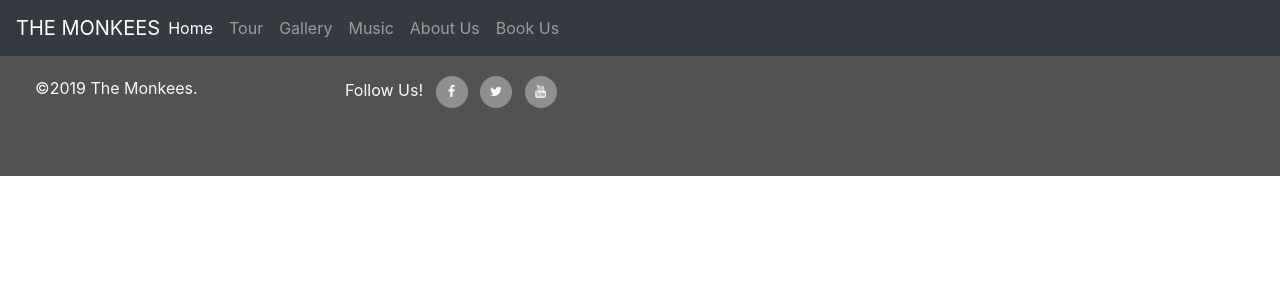
Repository: ClaraBausson/milestone_project_1
Page: index.html
The author's editor kept a record of every edit. The page is drawn from the files as they stood at one moment, then again after the next edit.
The browser window is 1280 px wide. The pictures show the whole page.
Some web libraries are served in a nearby version.

Above is the page before.

### index.html
<!DOCTYPE html>
<html lang="en">

<head>
    <meta charset="UTF-8">
    <meta name="viewport" content="width=device-width, initial-scale=1.0">
    <meta http-equiv="X-UA-Compatible" content="ie=edge">

    <title>The Monkees | Home</title>

    <!-------------------------- CSS links ------------------------------------>
    <script src="https://code.jquery.com/jquery-3.3.1.slim.min.js" integrity="sha384-q8i/X+965DzO0rT7abK41JStQIAqVgRVzpbzo5smXKp4YfRvH+8abtTE1Pi6jizo" crossorigin="anonymous"></script>
    <script src="https://cdnjs.cloudflare.com/ajax/libs/popper.js/1.14.7/umd/popper.min.js" integrity="sha384-UO2eT0CpHqdSJQ6hJty5KVphtPhzWj9WO1clHTMGa3JDZwrnQq4sF86dIHNDz0W1" crossorigin="anonymous"></script>
    <link rel="stylesheet" href="https://stackpath.bootstrapcdn.com/bootstrap/4.3.1/css/bootstrap.min.css" integrity="sha384-ggOyR0iXCbMQv3Xipma34MD+dH/1fQ784/j6cY/iJTQUOhcWr7x9JvoRxT2MZw1T" crossorigin="anonymous">
    <script src="https://stackpath.bootstrapcdn.com/bootstrap/4.3.1/js/bootstrap.min.js" integrity="sha384-JjSmVgyd0p3pXB1rRibZUAYoIIy6OrQ6VrjIEaFf/nJGzIxFDsf4x0xIM+B07jRM" crossorigin="anonymous"></script>

    <link rel="stylesheet" href="https://stackpath.bootstrapcdn.com/font-awesome/4.7.0/css/font-awesome.min.css" type="text/css" />
    <link rel="stylesheet" href="https://cdnjs.cloudflare.com/ajax/libs/hover.css/2.1.1/css/hover-min.css" type="text/css" />
    <link rel="stylesheet" href="css/main.css" type="text/css" />
</head>

<body>
    <!------------------------ NAVBAR/HEADER ---------------------------------->
    <header class="header">

        <nav class="navbar navbar-expand-lg navbar-dark bg-dark">
            <button class="navbar-toggler" type="button" data-toggle="collapse" data-target="#navbarToggler" aria-controls="navbarToggler" aria-expanded="false" aria-label="Toggle navigation"><span class="navbar-toggler-icon"></span></button>
            <a class="navbar-brand mx-auto uppercase-text header-text" href="#">The Monkees</a>

            <div class="collapse navbar-collapse" id="navbarToggler">
                <ul class="navbar-nav mr-auto mt-2 mt-lg-0">
                    <li class="nav-item active">
                        <a class="nav-link subheader-text" href="#">Home</a>
                    </li>
                    <li class="nav-item">
                        <a class="nav-link subheader-text" href="#">Tour</a>
                    </li>
                    <li class="nav-item">
                        <a class="nav-link subheader-text" href="#">Gallery</a>
                    </li>
                    <li class="nav-item">
                        <a class="nav-link subheader-text" href="#">Music</a>
                    </li>
                    <li class="nav-item">
                        <a class="nav-link subheader-text" href="#">About Us</a>
                    </li>
                    <li class="nav-item">
                        <a class="nav-link subheader-text" href="#">Book Us</a>
                    </li>
                </ul>

                <div class="row mr-auto mt-2 mt-lg-0 d-md-none social-links-header">
                    <div class="col-xs-4">
                        <a target="_blank" href="#">
                            <i class="fa fa-facebook" aria-hidden="true"></i>
                            <span class="sr-only">Facebook</span>
                        </a>
                    </div>
                    <div class="col-xs-4">
                        <a target="_blank" href="#">
                            <i class="fa fa-twitter" aria-hidden="true"></i>
                            <span class="sr-only">Twitter</span>
                        </a>
                    </div>
                    <div class="col-xs-4">
                        <a target="_blank" href="#">
                            <i class="fa fa-youtube" aria-hidden="true"></i>
                            <span class="sr-only">YouTube</span>
                        </a>
                    </div>
                </div>
            </div>
        </nav>

    </header>

    <!----------------------- CONTENT SECTION --------------------------------->
    <section>

    </section>

    <!--------------------------- FOOTER -------------------------------------->
    <footer class="container-fluid">
        <div id="footer-details" class="row">
            <div class="col-sm-3">
                <p class="inline-block">
                    ©2019 The Monkees.
                </p>
            </div>
            <div class="col-sm-9 d-none d-md-inline-block">
                <ul class="list-inline social-links">
                    <li class="list-inline-item">
                        <p class="inline-block">
                            Follow Us!
                        </p>
                    </li>
                    <li class="list-inline-item">
                        <a target="_blank" href="#">
                            <i class="fa fa-facebook" aria-hidden="true"></i>
                            <span class="sr-only">Facebook</span>
                        </a>
                    </li>
                    <li class="list-inline-item">
                        <a target="_blank" href="#">
                            <i class="fa fa-twitter" aria-hidden="true"></i>
                            <span class="sr-only">Twitter</span>
                        </a>
                    </li>
                    <li class="list-inline-item">
                        <a target="_blank" href="#">
                            <i class="fa fa-youtube" aria-hidden="true"></i>
                            <span class="sr-only">YouTube</span>
                        </a>
                    </li>
                </ul>
            </div>
        </div>
    </footer>
</body>

</html>

### css/main.css
@import url('https://fonts.googleapis.com/css?family=Oswald:300,400,500,600,700|Poppins:300,400,500,600,700,800,900&display=swap&subset=latin-ext');



/*---------------------Special paddings/margins/text--------------------------*/

.no-padding {
    padding: 0;
}

.uppercase-text {
    text-transform: uppercase;
}

.header-text {}

.subheader-text {}

/*----------------------------------Colors------------------------------------*/

/*----------------------------------Header------------------------------------*/

.social-links-header {
    padding-bottom: 15px;
}

.social-links-header div {
    padding: 0 5px;
}

.social-links-header div a i {
    width: 32px;
    height: 32px;
    padding: 12px 0;
    border-radius: 50%;
    font-size: 13px;
    text-align: center;
    color: #fafafa;
    background: #8f8f8f;
    transition: all 0.5s ease-in-out;
    -moz-transition: all 0.5s ease-in-out;
    -webkit-transition: all 0.5s ease-in-out;
    -o-transition: all 0.5s ease-in-out;
}

.social-links-header div a i:hover {
    background: #FF6C00;
}

/*-------------------------------Hover effects--------------------------------*/

/*----------------------------------Footer------------------------------------*/

footer {
    background-color: #525252;
    color: #fafafa;
    min-height: 120px;
    margin: 0;
}

.social-links {
    padding-bottom: 15px;
}

.social-links li a i {
    width: 32px;
    height: 32px;
    padding: 12px 0;
    border-radius: 50%;
    font-size: 13px;
    line-height: 7px;
    text-align: center;
    color: #fafafa;
    background: #8f8f8f;
    transition: all 0.5s ease-in-out;
    -moz-transition: all 0.5s ease-in-out;
    -webkit-transition: all 0.5s ease-in-out;
    -o-transition: all 0.5s ease-in-out;
}

.social-links li a i:hover {
    background: #FF6C00;
}

#footer-details {
    padding: 20px;
}

After the next edit:
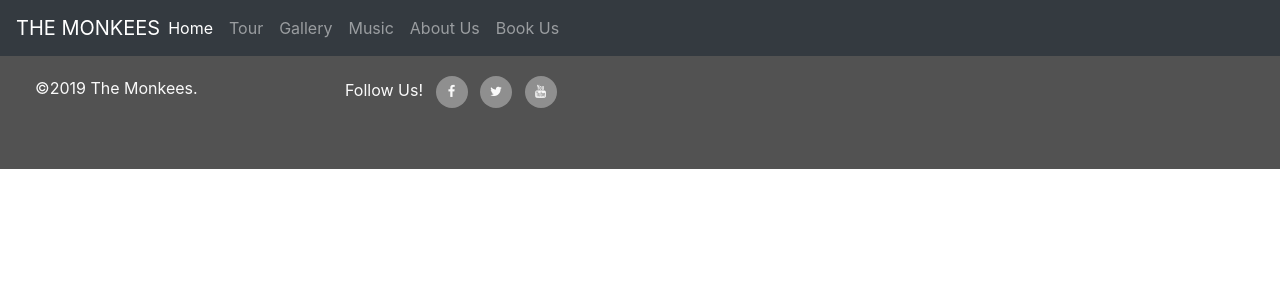
The edit:
--- a/css/main.css
+++ b/css/main.css
@@ -54,7 +54,7 @@
 footer {
     background-color: #525252;
     color: #fafafa;
-    min-height: 120px;
+    max-height: 125px;
     margin: 0;
 }
 
